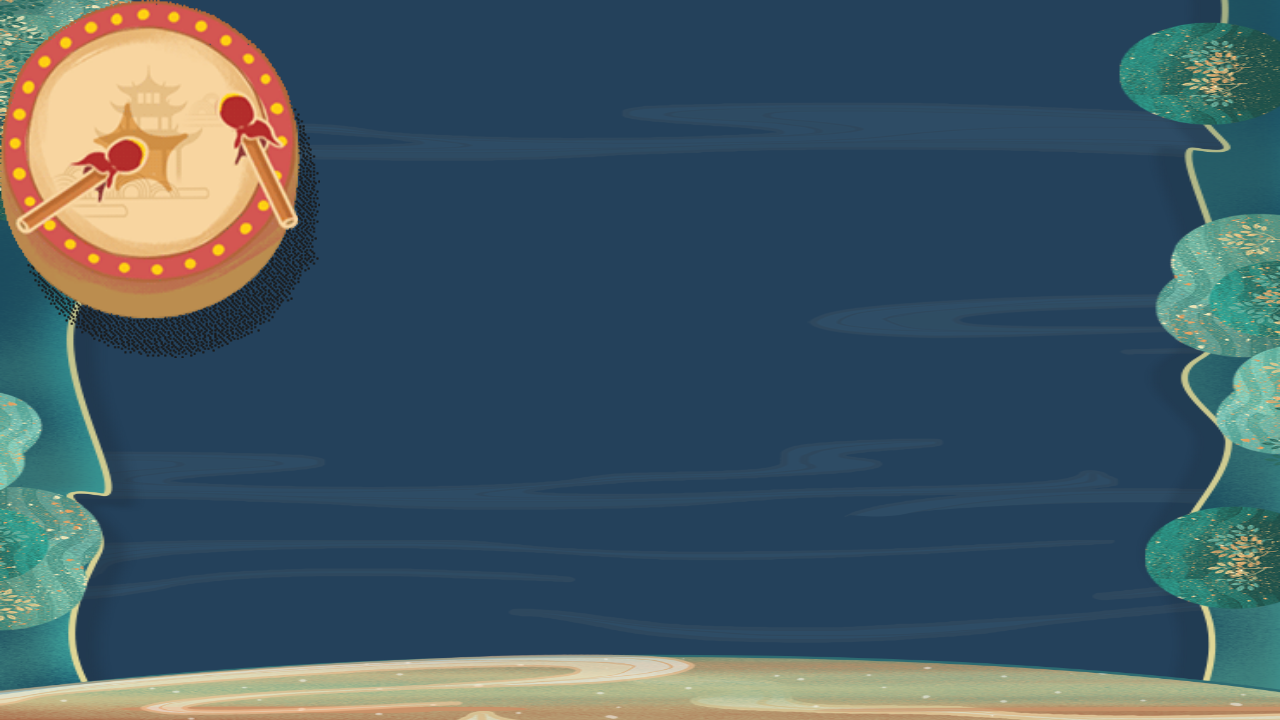
Repository: liushiwei151/hhl_dragon_boat_festival
Page: /Game
The author's editor kept a copy of each file at every save. The page is drawn from the files as they stood at one save, then again after the next save.
The browser window is 1280 px wide. The pictures show the whole page.
The project was rebuilt for these pictures with package versions that can differ from the ones it lists, and the page was loaded fresh each time. Also part of the build but not shown: vue.config.js, src/views/Home.vue.

Above is the page before, as saved 2020-06-05 14:30:54.

After the next save:
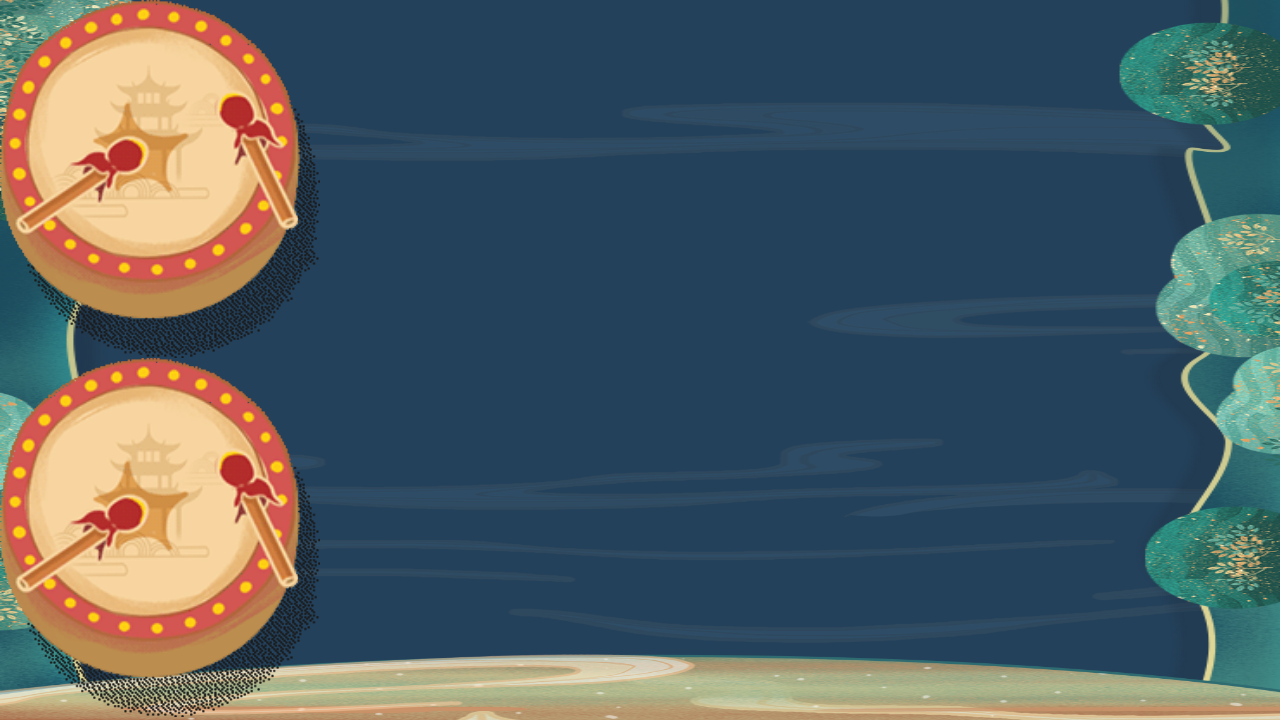
Saved 2 min 7 s later.
--- a/src/views/Game.vue
+++ b/src/views/Game.vue
@@ -4,7 +4,7 @@
     <div class="fixedBG">
       <div
         class="leftDrum drum"
-        @click="swichDrum"
+        @click="swichDrum(1)"
         :style="{ backgroundImage: 'url(' + gdUrl + ')' }"
       >
         <div
@@ -12,7 +12,16 @@
           :style="{ backgroundImage: 'url(' + imgUrl + ')' }"
         ></div>
       </div>
-      <!-- <div class="rightDrum drum"></div> -->
+      <div
+        class="leftDrum drum"
+        @click="swichDrum(2)"
+        :style="{ backgroundImage: 'url(' + gdUrl + ')' }"
+      >
+        <div
+          class="drum"
+          :style="{ backgroundImage: 'url(' + imgUrl1 + ')' }"
+        ></div>
+      </div>
     </div>
   </div>
 </template>
@@ -25,10 +34,15 @@ export default class Game extends Vue {
   private isTip!: Function;
 
   imgName = "gu1";
+  imgName1 = "gu1";
   gdName = "gu1";
 
   get imgUrl(): string {
     const a = require("../assets/" + this.imgName + ".png");
+    return a;
+  }
+  get imgUrl1(): string {
+    const a = require("../assets/" + this.imgName1 + ".png");
     return a;
   }
   get gdUrl(): string {
@@ -36,11 +50,19 @@ export default class Game extends Vue {
     return a;
   }
 
-  swichDrum() {
-    if (this.imgName === "gu1") {
-      this.imgName = "gu2";
-    } else {
-      this.imgName = "gu1";
+  swichDrum(e: number) {
+    if (e === 1) {
+      if (this.imgName === "gu1") {
+        this.imgName = "gu2";
+      } else {
+        this.imgName = "gu1";
+      }
+    } else if (e === 2) {
+      if (this.imgName1 === "gu1") {
+        this.imgName1 = "gu2";
+      } else {
+        this.imgName1 = "gu1";
+      }
     }
   }
 }
